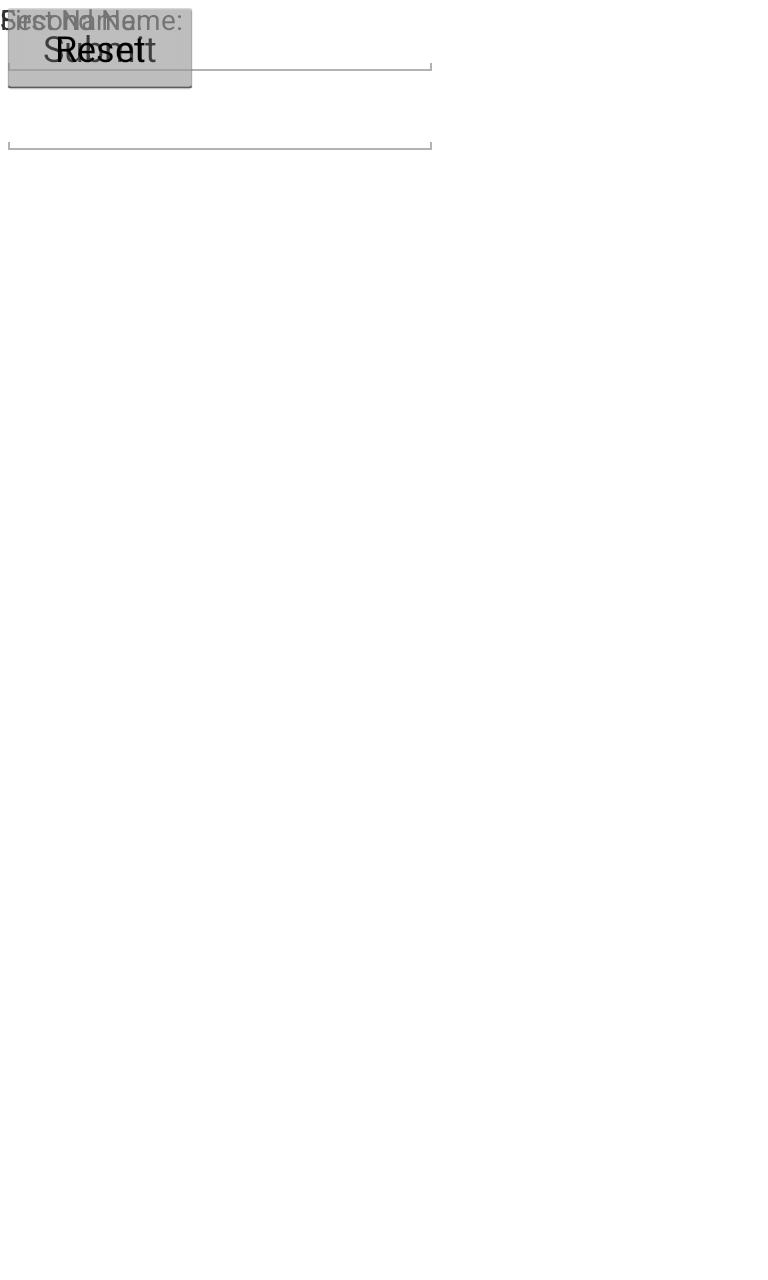
Repository: hugoM1/trainingNaranya
Layout: Layouts/res/layout/activity_relative_layout.xml
The author's editor kept a copy of each file at every save. The layout is drawn from the files as they stood at one save, then again after the next save.
It is drawn on a 768 x 1280 px phone screen (xhdpi) without system bars, with theme AppTheme; the app's code is not run.

Above is the layout before, as saved 2013-08-14 02:11:58.

### Layouts/res/layout/activity_relative_layout.xml
<?xml version="1.0" encoding="utf-8"?>
<RelativeLayout
    android:id="@+id/RelativeLayout01"
	android:layout_width="fill_parent"
	android:layout_height="fill_parent"
	xmlns:android="http://schemas.android.com/apk/res/android">
	<TextView
	    android:id="@+id/TextView1"
		android:layout_width="wrap_content"
		android:layout_height="wrap_content"
		android:text="@string/first_name"
		android:width="100dp" />
	<EditText
	    android:id="@+id/EditText1"
	    android:layout_width="220dp"
		android:layout_height="wrap_content"
		android:layout_toRightOf="@+id/TextView01" />
	<EditText
	    android:id="@+id/EditText2"
	    android:layout_width="220dp"
		android:layout_height="wrap_content"
		android:layout_below="@+id/EditText1"
		android:layout_alignLeft="@+id/EditText1" />
	<TextView
	    android:id="@+id/TextView2"
		android:layout_width="wrap_content"
		android:layout_height="wrap_content"
		android:text="Second Name:"
		android:width="100dp"
		android:layout_below="@+id/EditText01"
		android:layout_toLeftOf="@+id/EditText02" />
	<Button
	    android:text="Submit"
	    android:id="@+id/Button1"
		android:layout_width="100dp"
		android:layout_height="wrap_content"
		android:layout_below="@id/EditText02"
		android:layout_alignLeft="@id/EditText02" />
	<Button
	    android:text="Reset"
	    android:id="@+id/Button2"
		android:layout_width="100dp"
		android:layout_height="wrap_content"
		android:layout_below="@id/EditText02"
		android:layout_alignRight="@id/EditText02" />
</RelativeLayout>

### Layouts/res/values/strings.xml
<?xml version="1.0" encoding="utf-8"?>
<resources>

    <string name="app_name">Layouts</string>
    <string name="action_settings">Settings</string>
    <string name="hello_world">Hello world!</string>
    <string name="button1">Table Layout</string>
    <string name="button2">Absolute Layout</string>
    <string name="button3">Relative Layout</string>
    <string name="button4">Frame LAyout</string>
    <string name="title_activity_table_layout">TableLayoutActivity</string>
    <string name="title_activity_absolute_layout">AbsoluteLayoutActivity</string>
    <string name="title_activity_relative_layout">RelativeLayoutActivity</string>
    <string name="title_activity_frame_layout">FrameLayoutActivity</string>
    <string name="first_name">First Name:</string>
    <string name="last_name">Last Name:</string>
    <string name="submit_button">Submit</string>
	<string name="reset_button">Reset</string>
</resources>

Loaded but not shown: Layouts/res/values/styles.xml (common file); Layouts/res/values-v11/styles.xml (common file); Layouts/res/values-v14/styles.xml (common file)

After the next save:
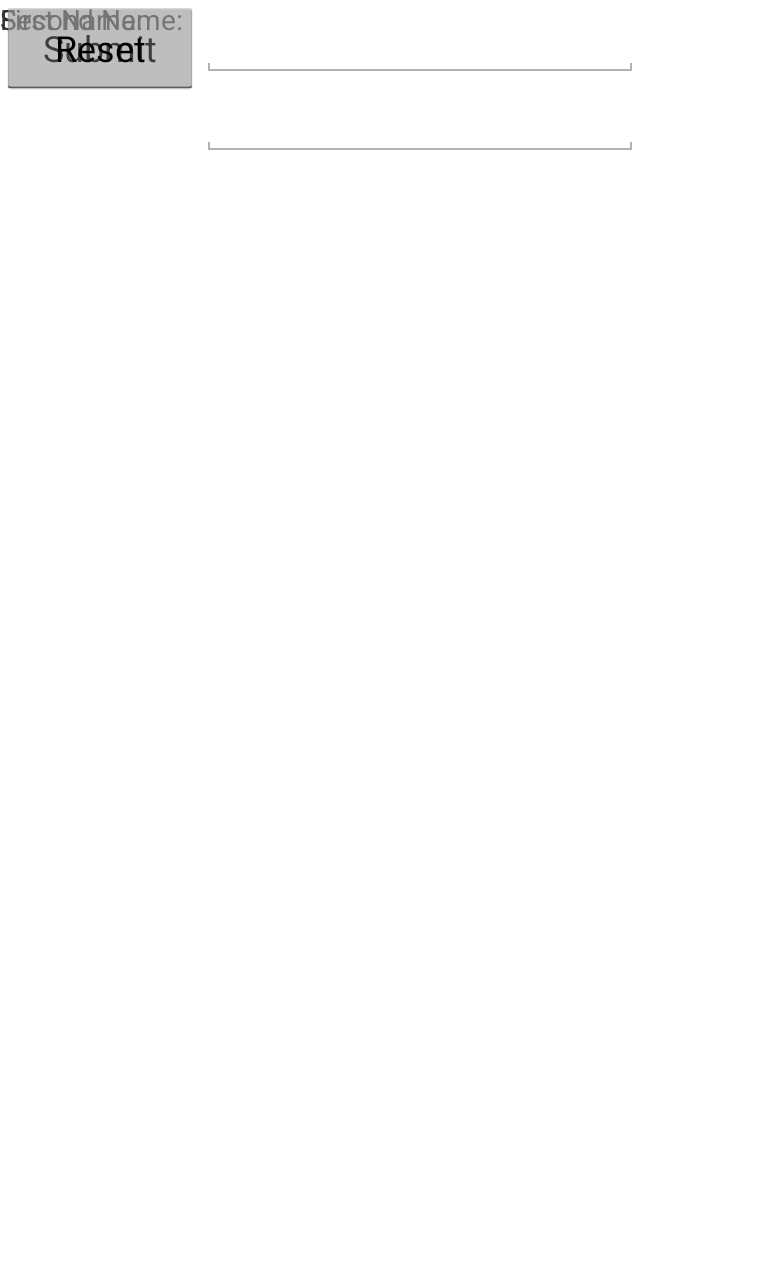
Saved 4 s later.
--- a/Layouts/res/layout/activity_relative_layout.xml
+++ b/Layouts/res/layout/activity_relative_layout.xml
@@ -14,7 +14,7 @@
 	    android:id="@+id/EditText1"
 	    android:layout_width="220dp"
 		android:layout_height="wrap_content"
-		android:layout_toRightOf="@+id/TextView01" />
+		android:layout_toRightOf="@+id/TextView1" />
 	<EditText
 	    android:id="@+id/EditText2"
 	    android:layout_width="220dp"
